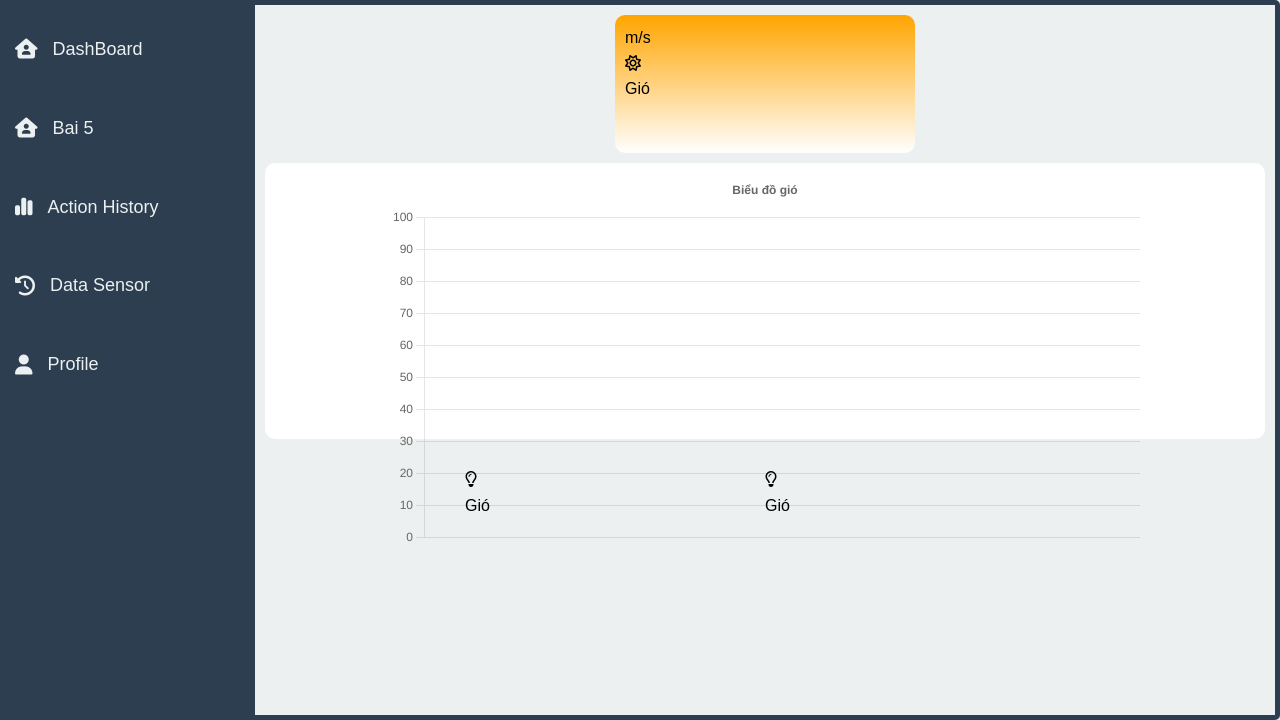
Repository: duongnoob23/duyyyy
Page: /bai5 (app in iot/)
An editor plug-in stored every save of this project. The page is shown before and after the next save, followed by the edit.
The browser window is 1280 px wide. The pictures show the whole page.
The page's requests for data from a server got no answer. Some web libraries are served in a nearby version. The project was rebuilt for these pictures with package versions that can differ from the ones it lists, and the page was loaded fresh each time. No one was signed in, and anything a server would have sent is missing. Also part of the build but not shown: iot/src/App.css, iot/src/Components/Doughnut/GaugeChart.js, iot/src/Components/LineChart/LineChartECharts.js, iot/src/Pages/Home/Home.js, iot/src/Pages/DataLogs/DataLogs.js, iot/src/Pages/Profile/Profile.css, iot/src/Pages/Profile/Profile.js, iot/src/Pages/Action/Action.js and 1 more.

Above is the page before, as saved 2024-12-02 21:12:04.

After the next save:
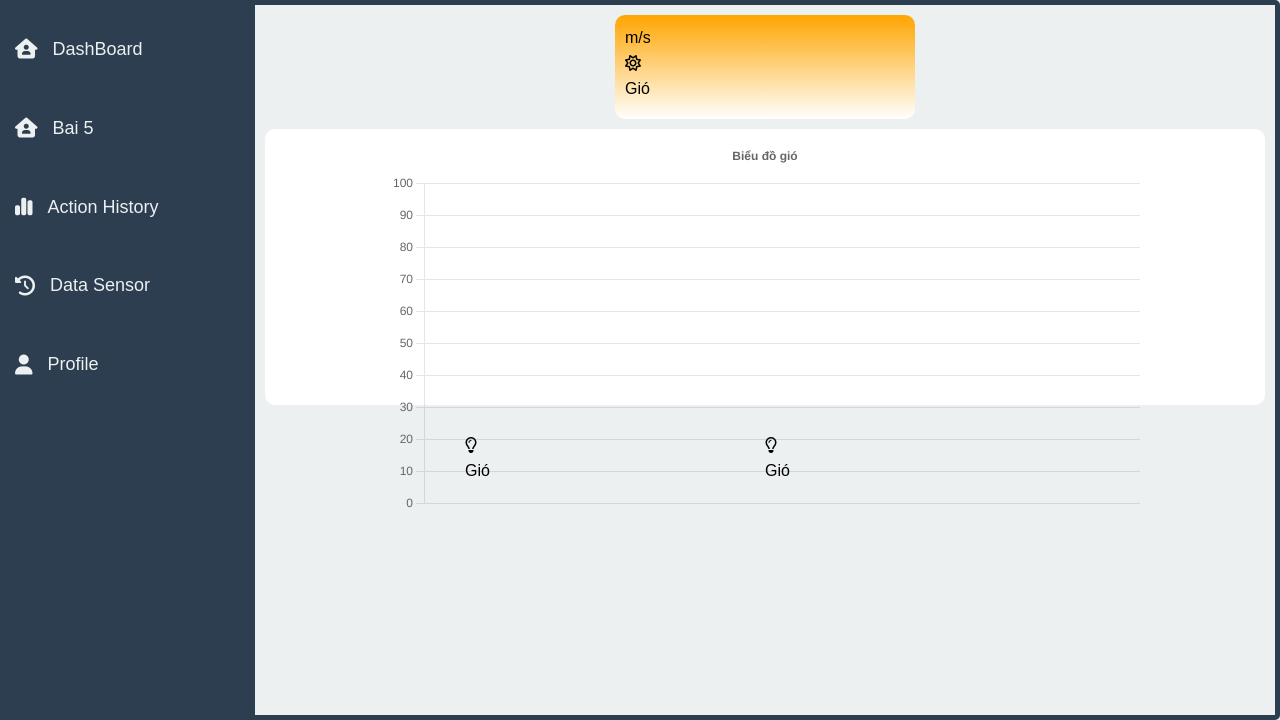
Saved 23 s later.
--- a/iot/src/Pages/Bai5/Bai5.css
+++ b/iot/src/Pages/Bai5/Bai5.css
@@ -249,7 +249,7 @@
 .bai5{
     margin: 0 auto;
     width: 300px;
-    height: 20%;
+    height: 15%;
     margin-bottom: 10px;
     border-radius: 10px;
     overflow: hidden;
